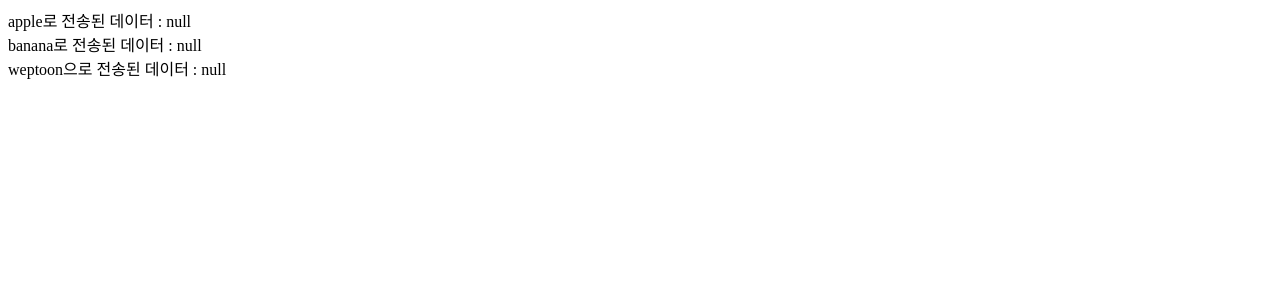
Repository: Andante8989/jsp_practice
Page: http://localhost/JSPBasic/jspobject/request/req_param.jsp
An editor plug-in stored every save of this project. The page is shown before and after the next save, followed by the edit.
The browser window is 1280 px wide. The pictures show the whole page.
The page is served by Tomcat 9.

Above is the page before, as saved 2022-03-24 12:05:36.

After the next save:
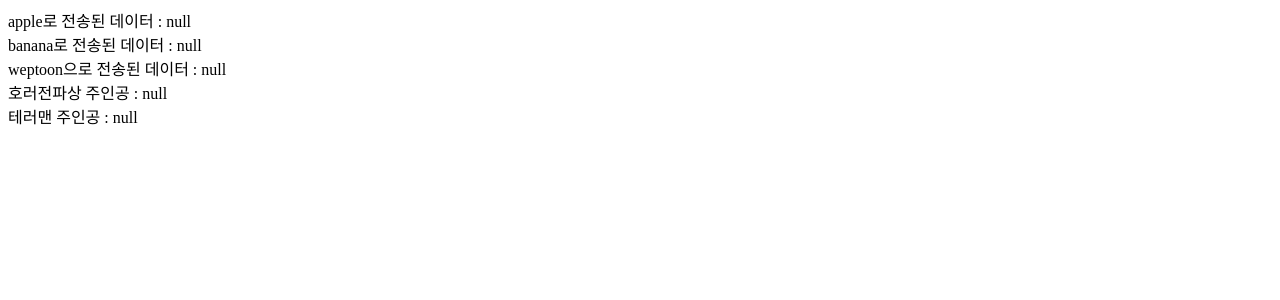
Saved 64 s later.
--- a/JSPBasic/src/main/webapp/jspobject/request/req_param.jsp
+++ b/JSPBasic/src/main/webapp/jspobject/request/req_param.jsp
@@ -18,6 +18,8 @@
 	String b = request.getParameter("banana");
 	// 임의로 받아올 수 있는 request.getParameter("변수명")을 작성해주시고 변수 c에 저장한후 body에서 출력해주세요
 	String c = request.getParameter("weptoon");
+	String d = request.getParameter("horror");
+	String e = request.getParameter("terrorman");
 %>
 <!DOCTYPE html>
 <html>
@@ -29,5 +31,7 @@
 	apple로 전송된 데이터 : <%= a %><br/>
 	banana로 전송된 데이터 : <%= b %><br/>
 	weptoon으로 전송된 데이터 : <%= c %><br/>
+	호러전파상 주인공 : <%= d %><br/>
+	테러맨 주인공 : <%= e %><br/>
 </body>
 </html>
